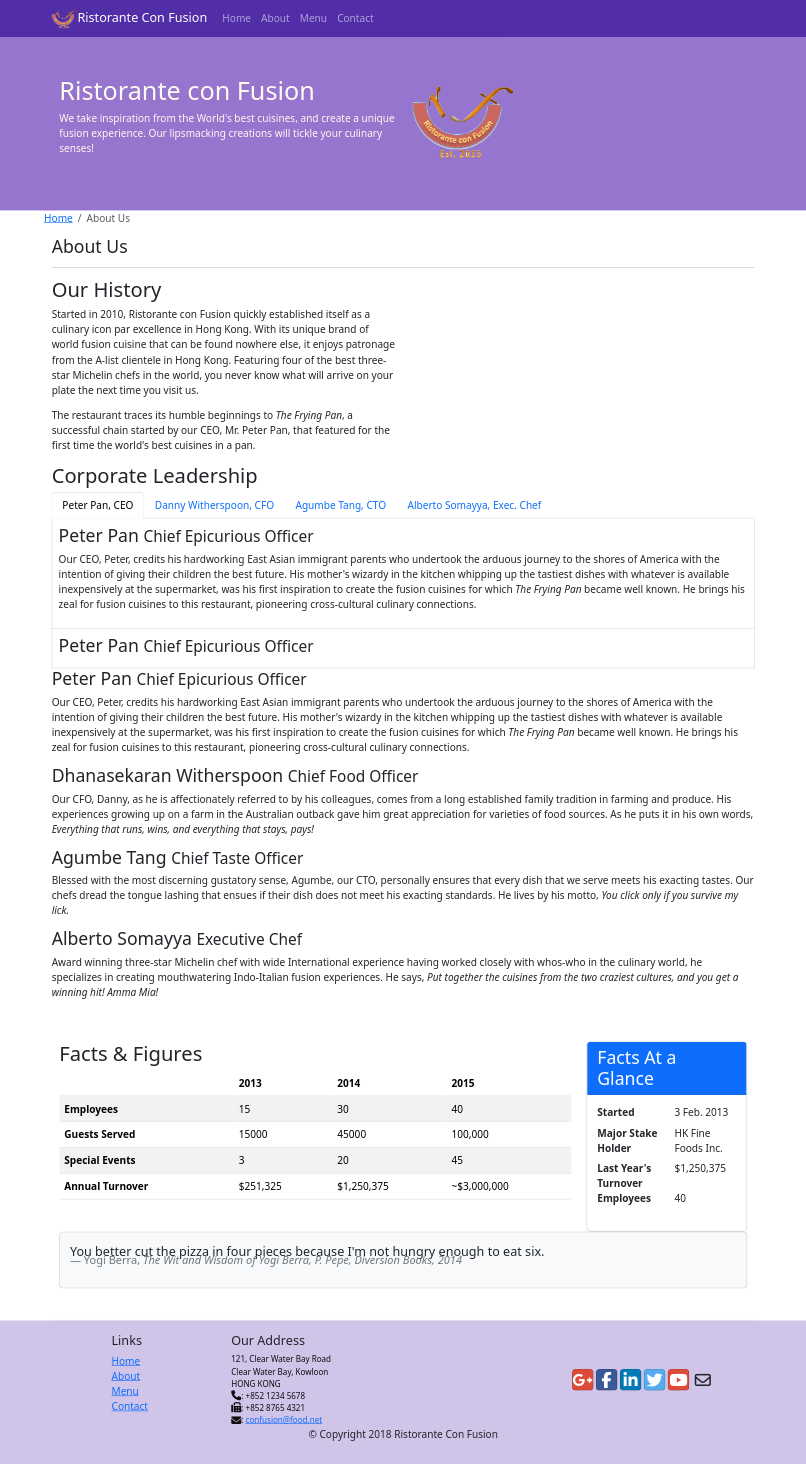
Repository: DungBuiTuan/FER201m
Page: aboutus.html
The author's editor kept a copy of each file at every save. The page is drawn from the files as they stood at one save, then again after the next save.
The browser window is 1280 px wide. The pictures show the whole page, at 63% of full size.
Some web libraries are served in a nearby version.

Above is the page before, as saved 2023-05-20 10:20:42.

### aboutus.html
<!DOCTYPE html>
<html lang="en">
  <head>
    <title>Ristorante Con Fusion: About Us</title>
    <meta charset="utf-8" />
    <meta
      name="viewport"
      content="width=device-width, initial-scale=1, shrink-to-fit=no"
    />
    <meta http-equiv="x-ua-compatible" content="ie=edge" />
    <!-- Bootstrap CSS -->
    <link
      rel="stylesheet"
      href="node_modules/bootstrap/dist/css/bootstrap.min.css"
    />
    <link rel="stylesheet" href="node_modules/font-awesome/css/font-awesome.min.css">
    <link rel="stylesheet" href="node_modules/bootstrap-social/bootstrap-social.css">
    <link href="css/styles.css" rel="stylesheet" />
  </head>

  <body>
    <nav class="navbar navbar-dark navbar-expand-sm fixed-top">
      <div class="container">
        <button
          class="navbar-toggler"
          type="button"
          data-toggle="collapse"
          data-target="#Navbar"
        >
          <span class="navbar-toggler-icon"></span>
        </button>
        <a class="navbar-brand mr-auto" href="#"
          ><img src="img/img/logo.png" height="30" width="41" />Ristorante Con
          Fusion</a
        >
        <div class="collapse navbar-collapse" id="Navbar">
          <ul class="navbar-nav mr-auto">
            <li class="nav-item active">
              <a class="nav-link" href="index.html">Home</a>
            </li>
            <li class="nav-item">
              <a class="nav-link" href="./aboutus.html">About</a>
            </li>
            <li class="nav-item"><a class="nav-link" href="LAB1/Aboutus.html">Menu</a></li>
            <li class="nav-item"><a class="nav-link" href="contactus.html">Contact</a></li>
          </ul>
        </div>
      </div>
    </nav>
    <header class="jumbotron">
      <div class="container">
        <div class="row row-header">
          <div class="col-12 col-sm-6">
            <h1>Ristorante con Fusion</h1>
            <p>
              We take inspiration from the World's best cuisines, and create a
              unique fusion experience. Our lipsmacking creations will tickle
              your culinary senses!
            </p>
          </div>
          <div class="col-12 col-sm align-self-center">
            <img src="img/img/logo.png" class="img-fluid" />
          </div>
        </div>
      </div>
    </header>

    <div class="container">
      <div class="row">
          <ol class="col-12 breadcrumb">
              <li class="breadcrumb-item"><a href="./index.html">Home</a></li>
              <li class="breadcrumb-item active">About Us</li>
          </ol>
          <div class="col-12">
              <h3>About Us</h3>
              <hr>
          </div>
      </div>

      <div class="row">
          <div class="col-12 col-sm-6 col-md-6">
              <h2>Our History</h2>
              <p>Started in 2010, Ristorante con Fusion quickly established itself as a culinary icon par excellence
                  in Hong Kong. With its unique brand of world fusion cuisine that can be found nowhere else, it
                  enjoys patronage from the A-list clientele in Hong Kong. Featuring four of the best three-star
                  Michelin chefs in the world, you never know what will arrive on your plate the next time you visit
                  us.</p>
              <p>The restaurant traces its humble beginnings to <em>The Frying Pan</em>, a successful chain started by
                  our CEO, Mr. Peter Pan, that featured for the first time the world's best cuisines in a pan.</p>
          </div>
          <div>
          </div>
      </div>


      <div class="row">
          <div class="col col-sm col-md">
              <div>
                  <div>
                      <h2>Corporate Leadership</h2>
                      <ul class="nav nav-tabs">
                        <li class="nav-item">
                          <a class="nav-link active" href="#peter"
                            role="tab" data-toggle="tab">Peter Pan, CEO</a>
                        </li>
                        <li class="nav-item">
                          <a class="nav-link" href="#danny" role="tab"
                            data-toggle="tab">Danny Witherspoon, CFO</a>
                        </li>
                        <li class="nav-item">
                          <a class="nav-link" href="#agumbe"role="tab"
                            data-toggle="tab">Agumbe Tang, CTO</a>
                        </li>
                        <li class="nav-item">
                          <a class="nav-link" href="#alberto" role="tab"
                            data-toggle="tab">Alberto Somayya, Exec. Chef</a>
                        </li>
                    </ul>
                    <div class="tab-content">
                      <div role="tabpanel" class="tab-pane fade show active" id="peter">
                        <h3>Peter Pan <small>Chief Epicurious Officer</small></h3>
                        <p>Our CEO, Peter, credits his hardworking East Asian immigrant parents who undertook the
                          arduous journey to the shores of America with the intention of giving their children the
                          best future. His mother's wizardy in the kitchen whipping up the tastiest dishes with
                          whatever is available inexpensively at the supermarket, was his first inspiration to create
                          the fusion cuisines for which <em>The Frying Pan</em> became well known. He brings his zeal
                          for fusion cuisines to this restaurant, pioneering cross-cultural culinary connections.</p>
                    </div>
                  </div>
                  <div class="tab-content">
                    <div role="tabpanel" class="tab-pane fade show active" id="danny">
                      <h3>Peter Pan <small>Chief Epicurious Officer</small></h3>

                  </div>
                </div>
                      <h3>Peter Pan <small>Chief Epicurious Officer</small></h3>
                  </div>
                  <div class="d-none d-sm-block">
                      <p>Our CEO, Peter, credits his hardworking East Asian immigrant parents who undertook the
                          arduous journey to the shores of America with the intention of giving their children the
                          best future. His mother's wizardy in the kitchen whipping up the tastiest dishes with
                          whatever is available inexpensively at the supermarket, was his first inspiration to create
                          the fusion cuisines for which <em>The Frying Pan</em> became well known. He brings his zeal
                          for fusion cuisines to this restaurant, pioneering cross-cultural culinary connections.</p>
                  </div>
              </div>
              <div>
                  <div>
                      <h3>Dhanasekaran Witherspoon <small>Chief Food Officer</small></h3>
                  </div>
                  <div class="d-none d-sm-block">
                      <p>Our CFO, Danny, as he is affectionately referred to by his colleagues, comes from a long
                          established family tradition in farming and produce. His experiences growing up on a farm in
                          the Australian outback gave him great appreciation for varieties of food sources. As he puts
                          it in his own words, <em>Everything that runs, wins, and everything that stays, pays!</em>
                      </p>
                  </div>
              </div>
              <div>
                  <div>
                      <h3>Agumbe Tang <small>Chief Taste Officer</small></h3>
                  </div>
                  <div class="d-none d-sm-block">
                      <p>Blessed with the most discerning gustatory sense, Agumbe, our CTO, personally ensures that
                          every dish that we serve meets his exacting tastes. Our chefs dread the tongue lashing that
                          ensues if their dish does not meet his exacting standards. He lives by his motto, <em>You
                              click only if you survive my lick.</em></p>
                  </div>
              </div>
              <div>
                  <div>
                      <h3>Alberto Somayya <small>Executive Chef</small></h3>
                  </div>
                  <div class="d-none d-sm-block">
                      <p>Award winning three-star Michelin chef with wide International experience having worked
                          closely with whos-who in the culinary world, he specializes in creating mouthwatering
                          Indo-Italian fusion experiences. He says, <em>Put together the cuisines from the two
                              craziest cultures, and you get a winning hit! Amma Mia!</em></p>
                  </div>
              </div>
          </div>

      </div>
      <div class="row row-content">
          <div class="col-12 col-sm-9">
              <h2>Facts &amp; Figures</h2>
              <div class="table-responsive">
                  <table class="table table-striped">
                      <thead class="thead-dark thead-inverse" >
                          <tr>
                              <th>&nbsp;</th>
                              <th>2013</th>
                              <th>2014</th>
                              <th>2015</th>
                          </tr>
                      </thead>
                      <tbody>
                          <tr>
                              <th>Employees</th>
                              <td>15</td>
                              <td>30</td>
                              <td>40</td>
                          </tr>
                          <tr>
                              <th>Guests Served</th>
                              <td>15000</td>
                              <td>45000</td>
                              <td>100,000</td>
                          </tr>
                          <tr>
                              <th>Special Events</th>
                              <td>3</td>
                              <td>20</td>
                              <td>45</td>
                          </tr>
                          <tr>
                              <th>Annual Turnover</th>
                              <td>$251,325</td>
                              <td>$1,250,375</td>
                              <td>~$3,000,000</td>
                          </tr>
                      </tbody>
                  </table>
              </div>

          </div>
           <div class="col-12 col-sm-3">
                  <div class="card">
                      <h3 class="card-header bg-primary text-white">Facts At a Glance</h3>
                      <div class="card-body">
                          <dl class="row">
                              <dt class="col-6">Started</dt>
                              <dd class="col-6">3 Feb. 2013</dd>
                              <dt class="col-6">Major Stake Holder</dt>
                              <dd class="col-6">HK Fine Foods Inc.</dd>
                              <dt class="col-6">Last Year's Turnover</dt>
                              <dd class="col-6">$1,250,375</dd>
                              <dt class="col-6">Employees</dt>
                              <dd class="col-6">40</dd>
                          </dl>
                      </div>
                  </div>


          </div>
          <div class="col-12">
              <div class="card card-body bg-light">
                  <blockquote class="blockquote">
                      <p class="mb-0">You better cut the pizza in four pieces because
                          I'm not hungry enough to eat six.</p>
                      <footer class="blockquote-footer">Yogi Berra,
                          <cite title="Source Title">The Wit and Wisdom of Yogi Berra,
                          P. Pepe, Diversion Books, 2014</cite>
                      </footer>
                  </blockquote>
              </div>
          </div>

     </div>



  </div>
    <footer class="footer">
      <div class="container">
        <div class="row">
          <div class="col-4 offset-1 col-sm-2">
            <h5>Links</h5>
            <ul class="list-unstyled">
              <li><a href="#">Home</a></li>
              <li><a href="#">About</a></li>
              <li><a href="#">Menu</a></li>
              <li><a href="#">Contact</a></li>
            </ul>
          </div>
          <div class="col-7 col-sm-5">
            <h5>Our Address</h5>
            <address>
              121, Clear Water Bay Road<br />
              Clear Water Bay, Kowloon<br />
              HONG KONG<br />
              <i class="fa fa-phone fa-lg"></i>: +852 1234 5678<br />
              <i class="fa fa-fax fa-lg"></i>: +852 8765 4321<br />
              <i class="fa fa-envelope fa-lg"></i>:
              <a href="mailto:confusion@food.net">confusion@food.net</a>
            </address>
          </div>
          <div class="col-12 col-sm-4 align-self-center">
            <div class="text-center">
              <a
                class="btn btn-social-icon btn-google"
                href="http://google.com/+"
                ><i class="fa fa-google-plus"></i
              ></a>
              <a
                class="btn btn-social-icon btn-facebook"
                href="http://www.facebook.com/profile.php?id="
                ><i class="fa fa-facebook"></i
              ></a>
              <a
                class="btn btn-social-icon btn-linkedin"
                href="http://www.linkedin.com/in/"
                ><i class="fa fa-linkedin"></i
              ></a>
              <a
                class="btn btn-social-icon btn-twitter"
                href="http://twitter.com/"
                ><i class="fa fa-twitter"></i
              ></a>
              <a
                class="btn btn-social-icon btn-google"
                href="http://youtube.com/"
                ><i class="fa fa-youtube"></i
              ></a>
              <a class="btn btn-social-icon" href="mailto:"
                ><i class="fa fa-envelope-o"></i
              ></a>
            </div>
          </div>
        </div>
        <div class="row justify-content-center">
          <div class="col-auto">
            <p>© Copyright 2018 Ristorante Con Fusion</p>
          </div>
        </div>
      </div>
    </footer>
    <script src="node_modules/jquery/dist/jquery.slim.min.js"></script>
    <script src="node_modules/popper.js/dist/umd/popper.min.js"></script>
    <script src="node_modules/bootstrap/dist/js/bootstrap.min.js"></script>
  </body>
</html>

### css/styles.css
body{
    padding:50px 0px 0px 0px;
    z-index:0;
}

.navbar-dark {
     background-color: #512DA8;
}

.row-header{
    margin:0px auto;
    padding:0px;
}

.row-content {
    margin:0px auto;
    padding: 50px 0px 50px 0px;
    border-bottom: 1px ridge;
    min-height:400px;
}

.footer{
    background-color: #D1C4E9;
    margin:0px auto;
    padding: 20px 0px 20px 0px;
}

.jumbotron {
    padding:70px 30px 70px 30px;
    margin:0px auto;
    background: #9575CD ;
    color:floralwhite;
}

address{
    font-size:80%;
    margin:0px;
    color:#0f0f0f;
}

.tab-content {
    border-left: 1px solid #ddd;
    border-right: 1px solid #ddd;
    border-bottom: 1px solid #ddd;
    padding: 10px;
}

Loaded but not shown: LAB1/bootstrap-social.css (library)

After the next save:
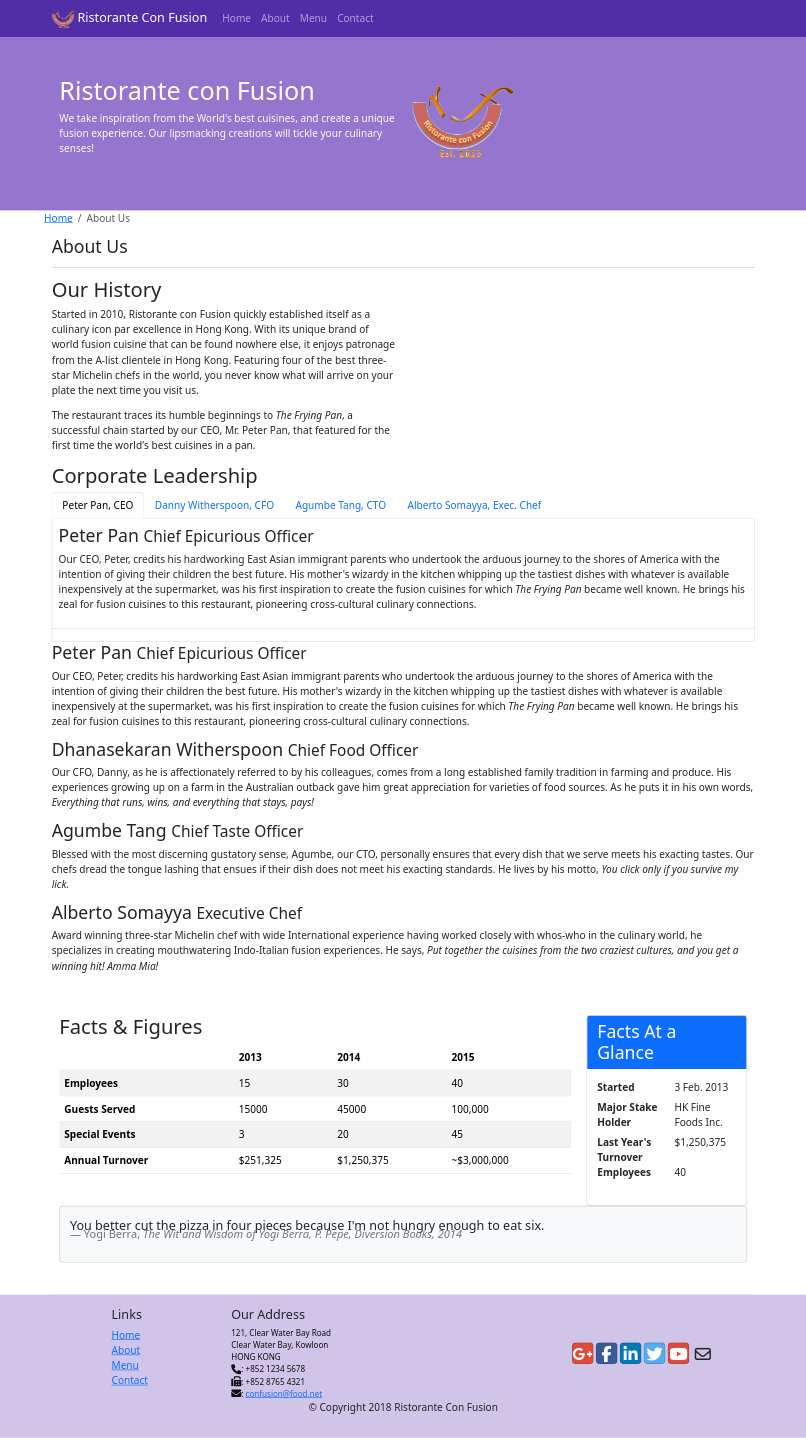
Saved 2 min 20 s later.
--- a/aboutus.html
+++ b/aboutus.html
@@ -128,9 +128,14 @@
                     </div>
                   </div>
                   <div class="tab-content">
-                    <div role="tabpanel" class="tab-pane fade show active" id="danny">
+                    <div role="tabpanel" class="tab-pane fade show " id="danny">
                       <h3>Peter Pan <small>Chief Epicurious Officer</small></h3>
-
+                      <p>Our CEO, Peter, credits his hardworking East Asian immigrant parents who undertook the
+                        arduous journey to the shores of America with the intention of giving their children the
+                        best future. His mother's wizardy in the kitchen whipping up the tastiest dishes with
+                        whatever is available inexpensively at the supermarket, was his first inspiration to create
+                        the fusion cuisines for which <em>The Frying Pan</em> became well known. He brings his zeal
+                        for fusion cuisines to this restaurant, pioneering cross-cultural culinary connections.</p>
                   </div>
                 </div>
                       <h3>Peter Pan <small>Chief Epicurious Officer</small></h3>
